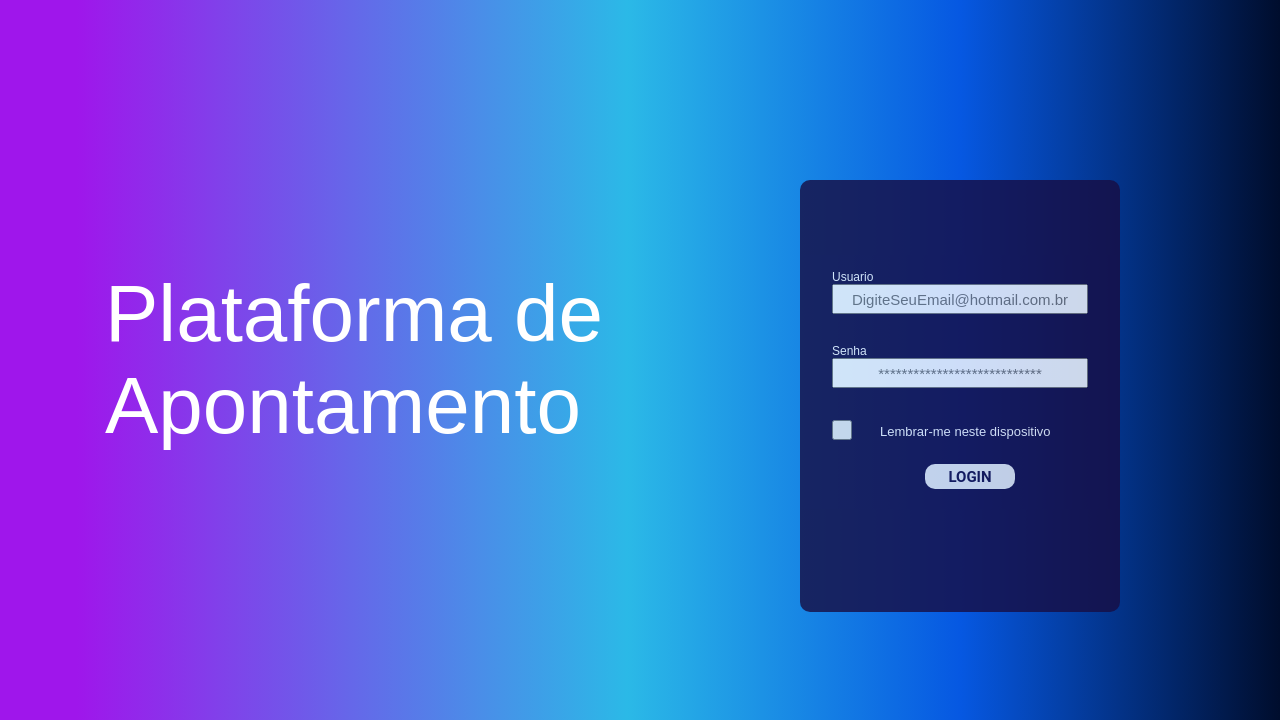
Repository: KevynMarques/Estudos-Reactjs-Firebase
Page: /
The author's editor kept a copy of each file at every save. The page is drawn from the files as they stood at one save, then again after the next save.
The browser window is 1280 px wide. The pictures show the whole page.
The page's requests for data from a server got no answer. The project was rebuilt for these pictures with package versions that can differ from the ones it lists, and the page was loaded fresh each time. No one was signed in, and anything a server would have sent is missing. Also part of the build but not shown: src/Pages/Page2.jsx.

Above is the page before, as saved 2022-08-23 14:55:52.

### public/index.html
<!DOCTYPE html>
<html lang="pt-BR">
  <head>
    <meta charset="utf-8" />
    <link rel="icon" href="%PUBLIC_URL%/favicon.ico" />
    <meta name="viewport" content="width=device-width, initial-scale=1" />
    <meta name="theme-color" content="#000000" />
    <meta
      name="description"
      content="Web site created using create-react-app"
    />
    <link rel="apple-touch-icon" href="%PUBLIC_URL%/logo192.png" />
    <!--
      manifest.json provides metadata used when your web app is installed on a
      user's mobile device or desktop. See https://developers.google.com/web/fundamentals/web-app-manifest/
    -->
    <link rel="manifest" href="%PUBLIC_URL%/manifest.json" />
    <!--
      Notice the use of %PUBLIC_URL% in the tags above.
      It will be replaced with the URL of the `public` folder during the build.
      Only files inside the `public` folder can be referenced from the HTML.

      Unlike "/favicon.ico" or "favicon.ico", "%PUBLIC_URL%/favicon.ico" will
      work correctly both with client-side routing and a non-root public URL.
      Learn how to configure a non-root public URL by running `npm run build`.
    -->
    <title>Squad</title>
  </head>
  <body>
    <noscript>You need to enable JavaScript to run this app.</noscript>
    <div id="root"></div>
    <!--
      This HTML file is a template.
      If you open it directly in the browser, you will see an empty page.

      You can add webfonts, meta tags, or analytics to this file.
      The build step will place the bundled scripts into the <body> tag.

      To begin the development, run `npm start` or `yarn start`.
      To create a production bundle, use `npm run build` or `yarn build`.
    -->
  </body>
</html>

### src/App.jsx
import React from "react";
import Router from "./Routers/router";
import { GlobalStyle } from "./GlobalStyle";



function App() {
  return (
    <>
    <GlobalStyle/>
      <Router/>
    </>
  );
}

export default App;

### src/Routers/router.jsx
import { BrowserRouter, Routes, Route } from "react-router-dom";
import { Page1 } from "../Pages/Page1";
import { Page2 } from "../Pages/Page2";



export default () => {
  return (
    <>
    <BrowserRouter >
    <Routes >
      <Route path="/" element={<Page1 />} />
      <Route path="/Page2" element={<Page2 />} />
    </Routes>
    </BrowserRouter>
    </>
  );
}

### src/GlobalStyle.jsx

import { createGlobalStyle } from 'styled-components';

export const GlobalStyle = createGlobalStyle`
 * {
   margin: 0;
   padding: 0;
   box-sizing: border-box;
 }
`;

### src/Pages/Page1.jsx
import React from "react";
import { Login } from "../Components/Login/index";


export const Page1 = ()=>{
   return(
    <Login />
   );
}

### src/Components/Login/index.jsx
import React from "react";
import { authConfig } from "../../Auth/config";
import { BoxHome, BoxLogin, ButtomLogin, InputDeLogin, Remember, TextLogin, TextRemember, TextTittle} from "./style";






export const Login =()=>{
  return (
    <BoxHome>
      <TextTittle>
        Plataforma de Apontamento
      </TextTittle>

    <BoxLogin>
       <TextLogin>Usuario</TextLogin>
       <InputDeLogin type="email" id="email" name="email" placeholder="DigiteSeuEmail@hotmail.com.br" />
       <TextLogin>Senha</TextLogin>
       <InputDeLogin type="text" id="password" name="password"  placeholder="****************************"/>
      <Remember />
      <TextRemember>Lembrar-me neste dispositivo</TextRemember>
     <ButtomLogin>
      LOGIN
     </ButtomLogin>
    </BoxLogin>
    </BoxHome>
  )
}

### src/Auth/config.jsx
import * as firebase from 'firebase/app';
import 'firebase/auth';

export const authConfig = firebase.initializeApp({
  apiKey: process.env.REACT_APP_FIREBASE_KEY,
  authDomain: process.env.REACT_APP_FIREBASE_DOMAIN,
  projectId: process.env.REACT_APP_FIREBASE_PROJECT_ID,
  storageBucket: process.env.REACT_APP_FIREBASE_STORAGE_BUCKET,
  messagingSenderId:process.env.REACT_APP_FIREBASE_SENDER_ID,
});

### src/Components/Login/style.jsx
import styled from "styled-components";

export const BoxHome = styled.div`
display: flex;
align-items: center;
justify-content: center;
background: rgb(159,22,235);
background: linear-gradient(90deg, rgba(159,22,235,1) 6%, rgba(43,185,231,1) 49%, rgba(6,88,226,1) 75%, rgba(0,13,45,1) 100%);
height: 100vh;
`;


export const TextTittle = styled.p`
position: absolute;
margin-left: -25vw;
font-family: Arial, Helvetica, sans-serif;
max-width: 750px;
font-size: 80px;
color: white;
`;

export const BoxLogin = styled.div`
  width: 25vw;
  height: 60vh;
  background-color: #170d43;
  opacity: 0.8;
  border-radius: 10px;
  margin-top: 10vh;
  margin-left: 50vw;
  display: flex;
  flex-direction: column;
  padding-top: 60px;
`;

export const InputDeLogin = styled.input`
width: 80%;
margin-left: 10%;
height: 30px;
text-align: center;
font-size: 15px;

`;

export const TextLogin = styled.label`
 color: white;
 font-family: Arial, Helvetica, sans-serif;
 font-size: 12px;
 margin-left: 10%;
 margin-top: 30px;
`;


export const Remember = styled.button`
 width: 20px;
 height: 20px;
 margin-left: 10%;
 margin-top: 10%;
 cursor: pointer;
`;

export const TextRemember = styled.label`
  color: white;
  font-family: Arial, Helvetica, sans-serif;
  font-size: 13px;
  margin-left: 25%;
  margin-top: -5%;
`;


export const ButtomLogin = styled.button`
@import url('https://fonts.googleapis.com/css2?family=Macondo&family=Roboto:wght@500&display=swap');
 width: 90px;
 height: 25px;
 border: none;
 border-radius: 10px;
 font-weight: bold;
 font-family: 'Roboto', sans-serif;
 font-size: 15px;
 color:#170d43;
 margin-left: 125px;
 margin-top: 25px;
`;

Loaded but not shown: src/index.js (common file)

After the next save:
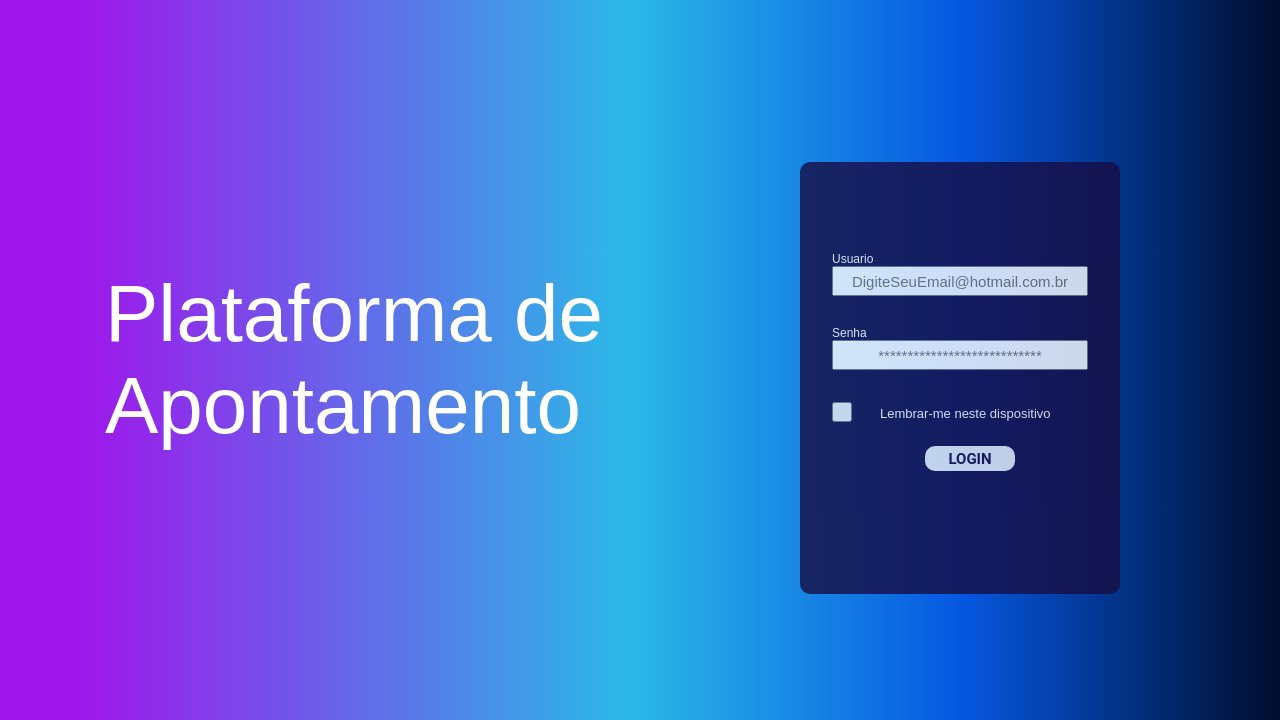
Saved 3 min 58 s later.
--- a/src/Components/Login/style.jsx
+++ b/src/Components/Login/style.jsx
@@ -25,7 +25,7 @@ export const BoxLogin = styled.div`
   background-color: #170d43;
   opacity: 0.8;
   border-radius: 10px;
-  margin-top: 10vh;
+  margin-top: 5vh;
   margin-left: 50vw;
   display: flex;
   flex-direction: column;
